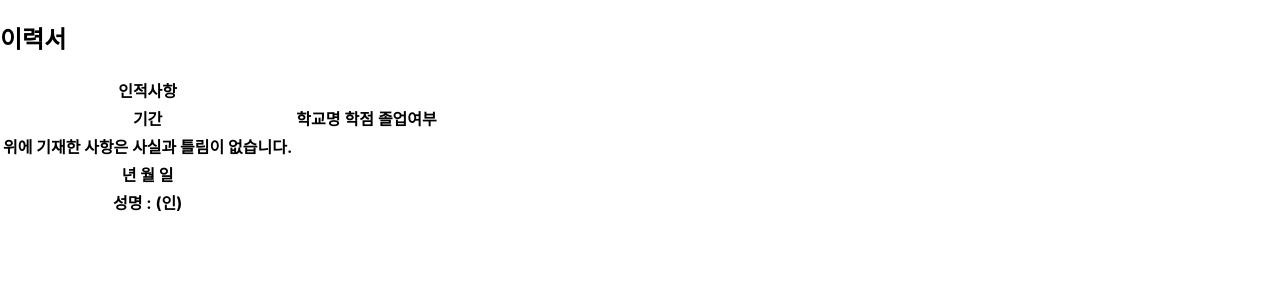
Repository: jiyeonyun/Resume
Page: / (app in resumes/)
An editor plug-in stored every save of this project. The page is shown before and after the next save, followed by the edit.
The browser window is 1280 px wide. The pictures show the whole page.
The project was rebuilt for these pictures with package versions that can differ from the ones it lists, and the page was loaded fresh each time. Also part of the build but not shown: resumes/src/App.module.css.

Above is the page before, as saved 2022-05-25 14:26:59.

After the next save:
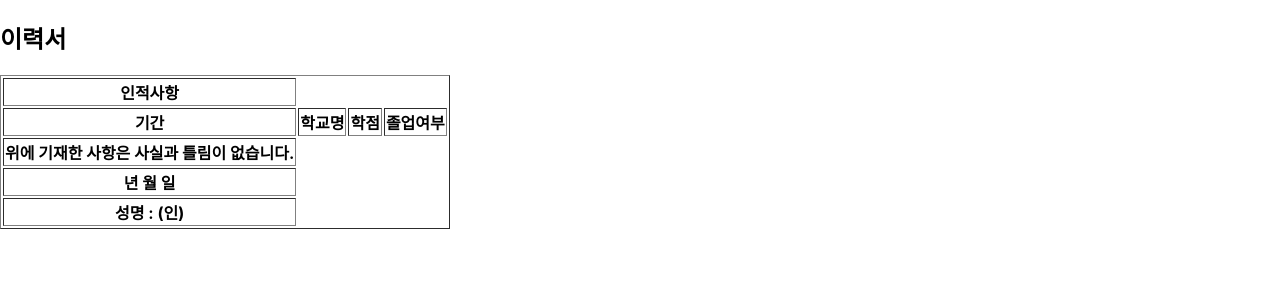
Saved 75 s later.
--- a/resumes/src/App.jsx
+++ b/resumes/src/App.jsx
@@ -7,7 +7,7 @@ function App() {
   return (
     <div className="App">
       <Header />
-      <table>
+      <table border="1">
         <PersonalInfo />
         <Educational />
         <Footer />
